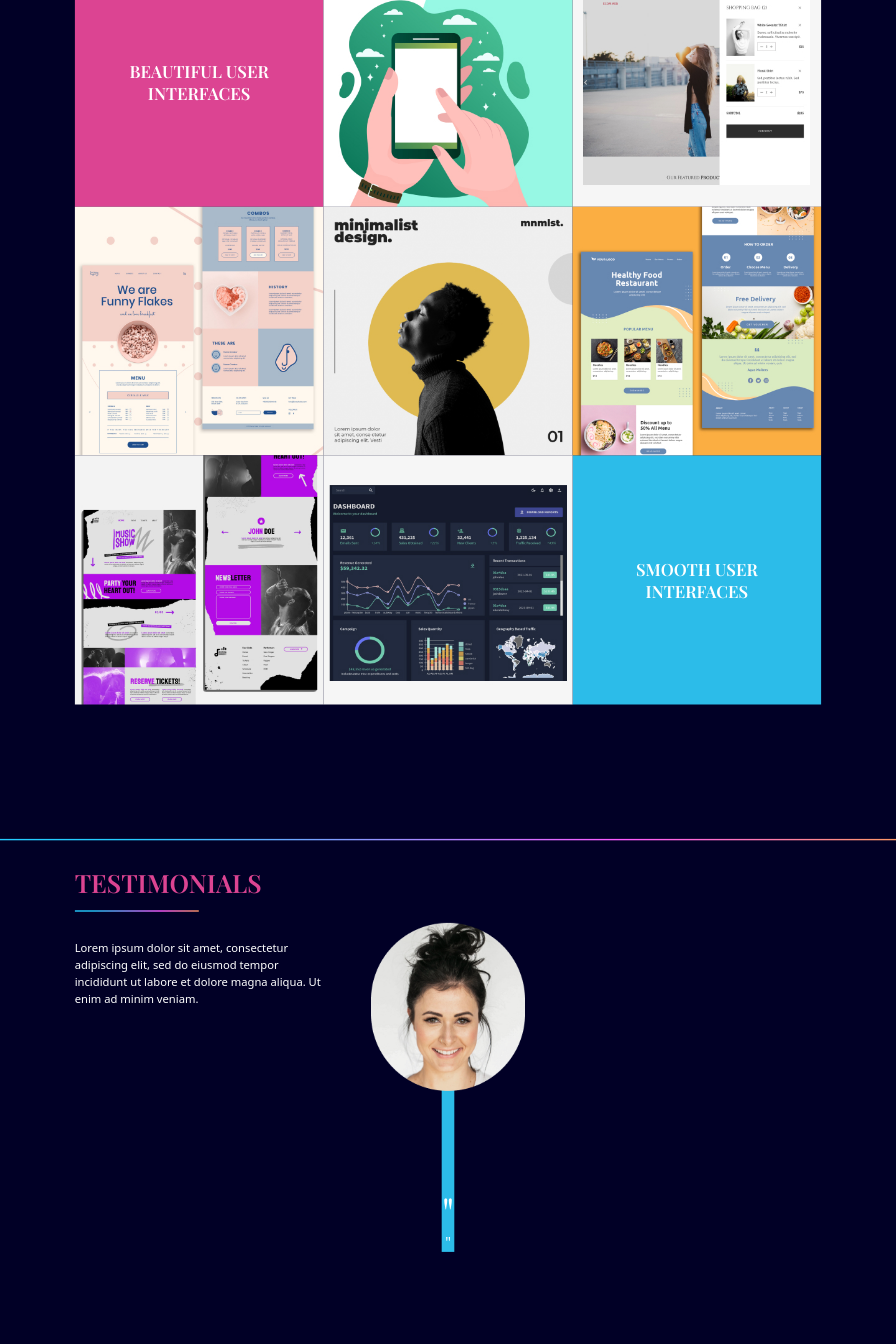
Repository: thibaultNicolas/portfolio-react
Page: /
These files come from the project's save history. The page is drawn as it stood at one moment and after the next save; the edit follows.
The browser window is 1280 px wide. The pictures show the part of the page from y = 2039 to 3959 px (the page is 3959 px tall), at 70% of full size.
The project was rebuilt for these pictures with package versions that can differ from the ones it lists, and the page was loaded fresh each time. Also part of the build but not shown: next.config.ts.

Above is the page before, as saved 2023-01-08 12:02:12.

After the next save:
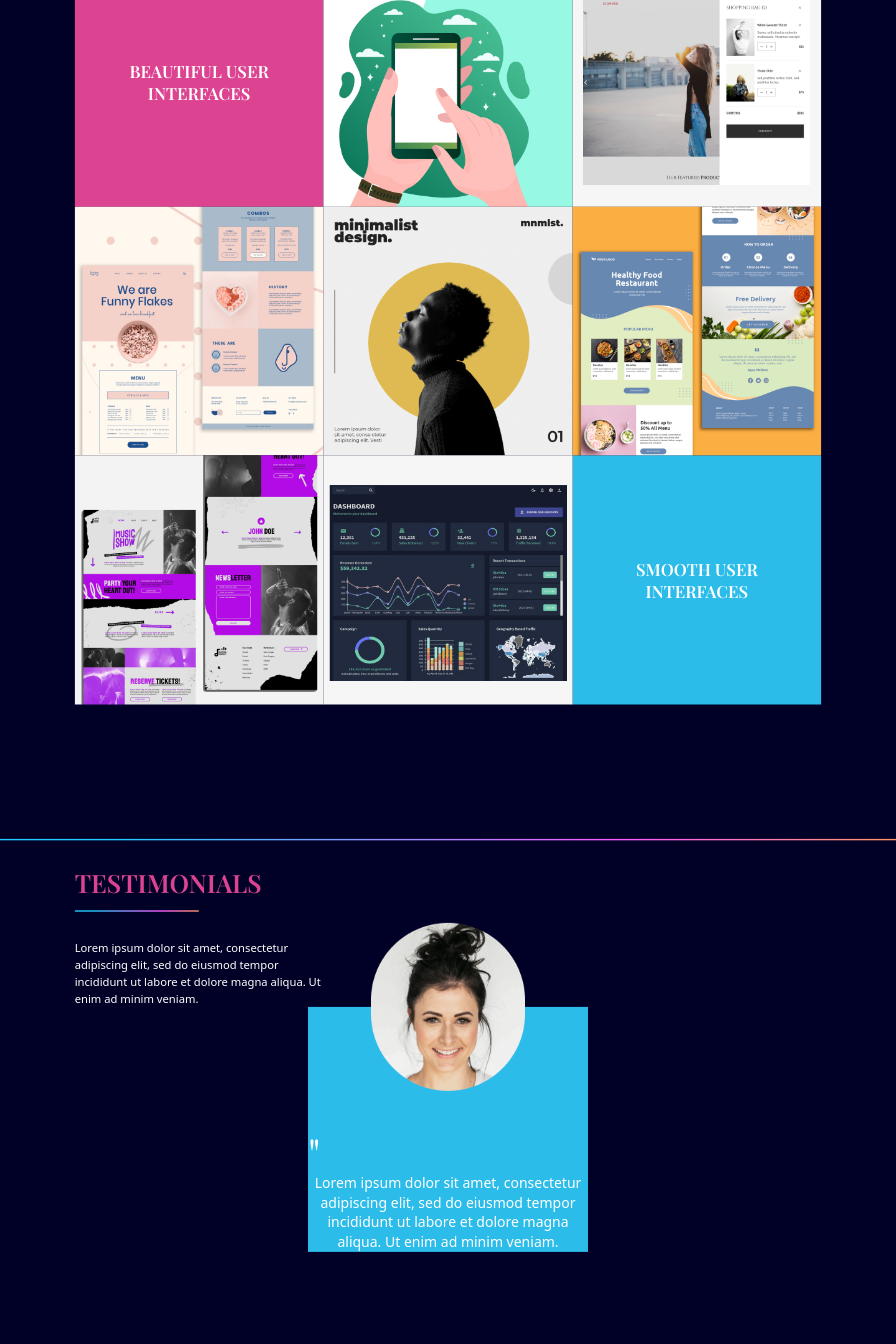
Saved 19 s later.
--- a/src/scenes/Testimonials.jsx
+++ b/src/scenes/Testimonials.jsx
@@ -43,8 +43,12 @@ const Testimonials = () => {
                         visible: { opacity: 1, x: 0 },
                     }}
                 >
-                    <p className='font-playfair text-6xl'>"</p>
-                    <p className='text-center text-xl'>"</p>
+                    <p className="font-playfair text-6xl">"</p>
+                    <p className="text-center text-xl">
+                        Lorem ipsum dolor sit amet, consectetur adipiscing elit,
+                        sed do eiusmod tempor incididunt ut labore et dolore
+                        magna aliqua. Ut enim ad minim veniam.
+                    </p>
                 </motion.div>
             </div>
         </section>
